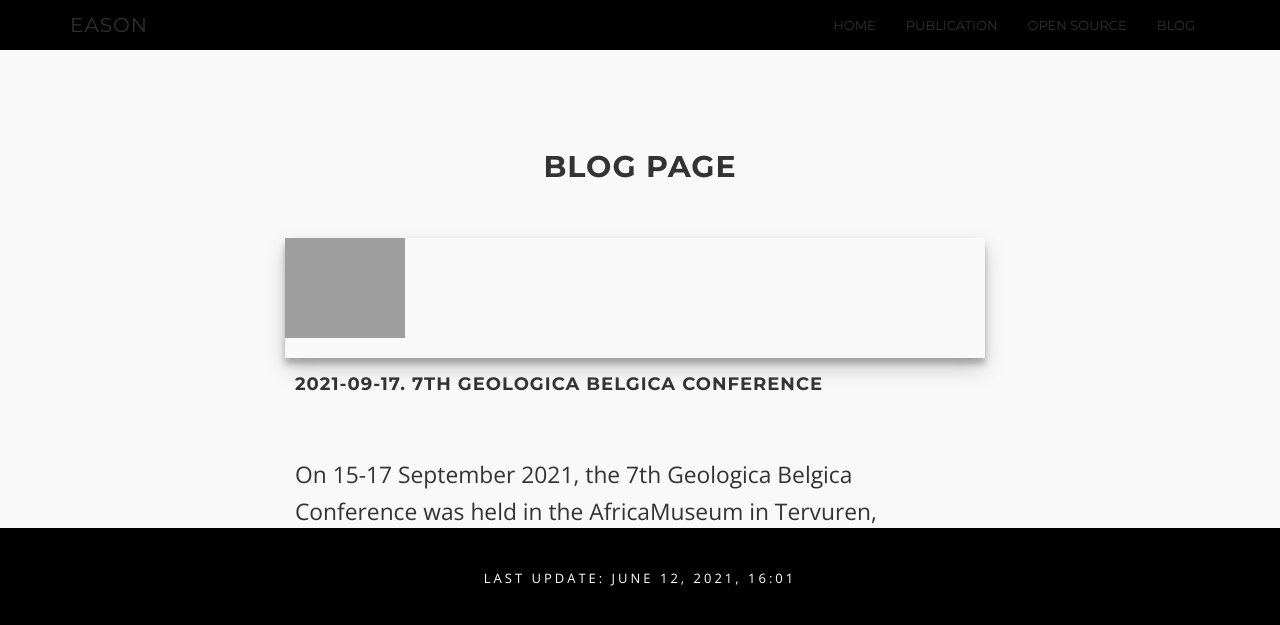
Repository: eazzzon/eazzzon.github.io
Page: blog.html
These files come from the project's save history. The page is drawn as it stood at one moment and after the next save; the edit follows.
The browser window is 1280 px wide. The pictures show the whole page.
Pictures or frames that could not be fetched are drawn as grey boxes.

Above is the page before, as saved 2021-09-18 00:05:54.

After the next save:
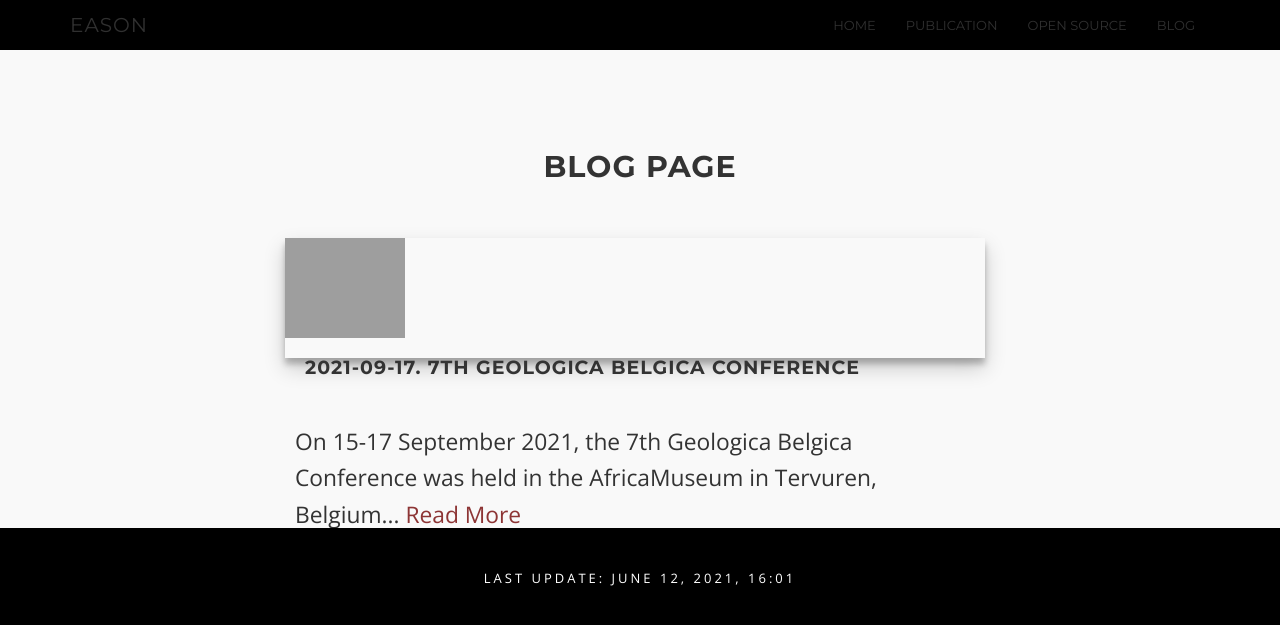
Saved 19 s later.
--- a/blog.html
+++ b/blog.html
@@ -67,8 +67,8 @@
 				<div class="post-box">
 					<img class="box-img" src="https://geologicabelgica2021.africamuseum.be/sites/default/files/media/images/Logo%20Geologica%20Belgica.png" alt="lower crust foundering" />
 					<div class="box-text">
-						<a class='box-text' href="post20210917.html">
-							<h4>2021-09-17. 7th Geologica Belgica Conference </h4>
+						<a  href="post20210917.html">
+							<h4 class="box-text">2021-09-17. 7th Geologica Belgica Conference </h4>
 						</a>
 						<p style="font-size:120%;">On 15-17 September 2021, the 7th Geologica Belgica Conference was held in the AfricaMuseum in Tervuren, Belgium... <a href="post20210917.html" style="color:rgb(141, 53, 53);">Read More</a></p>
 					</div>
